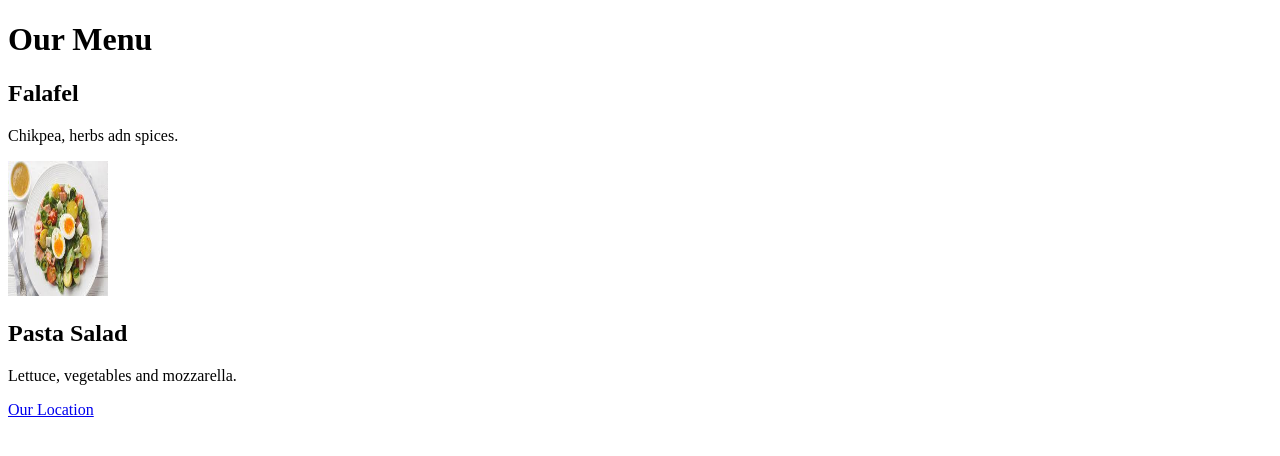
Repository: GiraldoNainggolan/Meta-Coursera
Page: Pengembang Front-End Meta/Modul 2/Mencoba/index.html
The author's editor kept a copy of each file at every save. The page is drawn from the files as they stood at one save, then again after the next save.
The browser window is 1280 px wide. The pictures show the whole page.

Above is the page before, as saved 2025-01-26 00:03:35.

### Pengembang Front-End Meta/Modul 2/Mencoba/index.html
<!DOCTYPE html>
<html>
    <head>
        <title> Title Lemon</title>
    </head>
    <body>
        <h1>Our Menu</h1>
        <h2>Falafel</h2>
        <p>Chikpea, herbs adn spices.</p>
        <img src="salad.jpg" alt="gambar" width="100px" height="135">
        <h2>Pasta Salad</h2>
        <p>Lettuce, vegetables and mozzarella.</p>
        <a href="location.html">Our Location</a>
    </body>
</html>

After the next save:
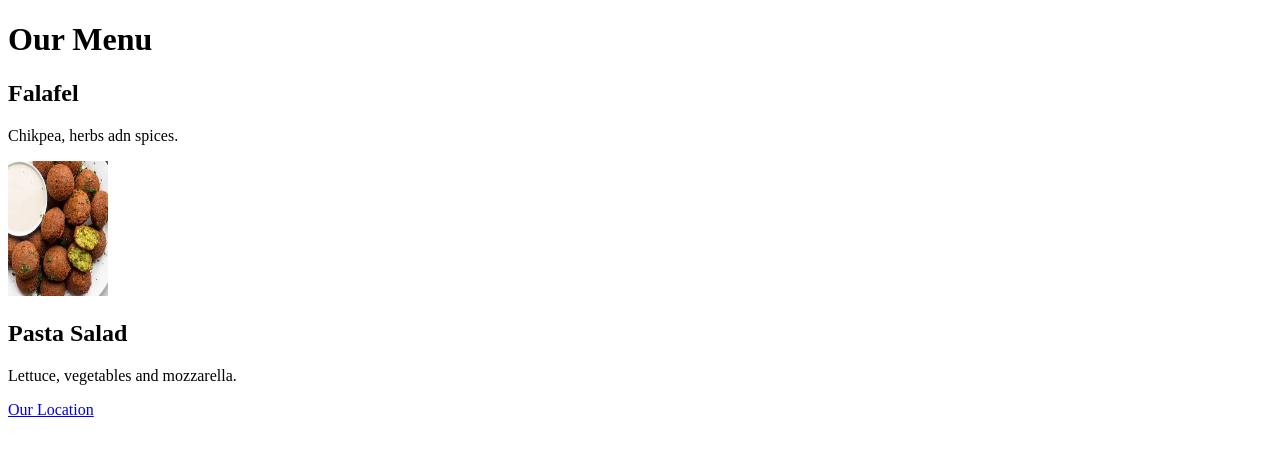
Saved 4 min 54 s later.
--- a/Pengembang Front-End Meta/Modul 2/Mencoba/index.html
+++ b/Pengembang Front-End Meta/Modul 2/Mencoba/index.html
@@ -7,7 +7,7 @@
         <h1>Our Menu</h1>
         <h2>Falafel</h2>
         <p>Chikpea, herbs adn spices.</p>
-        <img src="salad.jpg" alt="gambar" width="100px" height="135">
+        <img src="falavel.jpg" alt="gambar" width="100px" height="135">
         <h2>Pasta Salad</h2>
         <p>Lettuce, vegetables and mozzarella.</p>
         <a href="location.html">Our Location</a>
